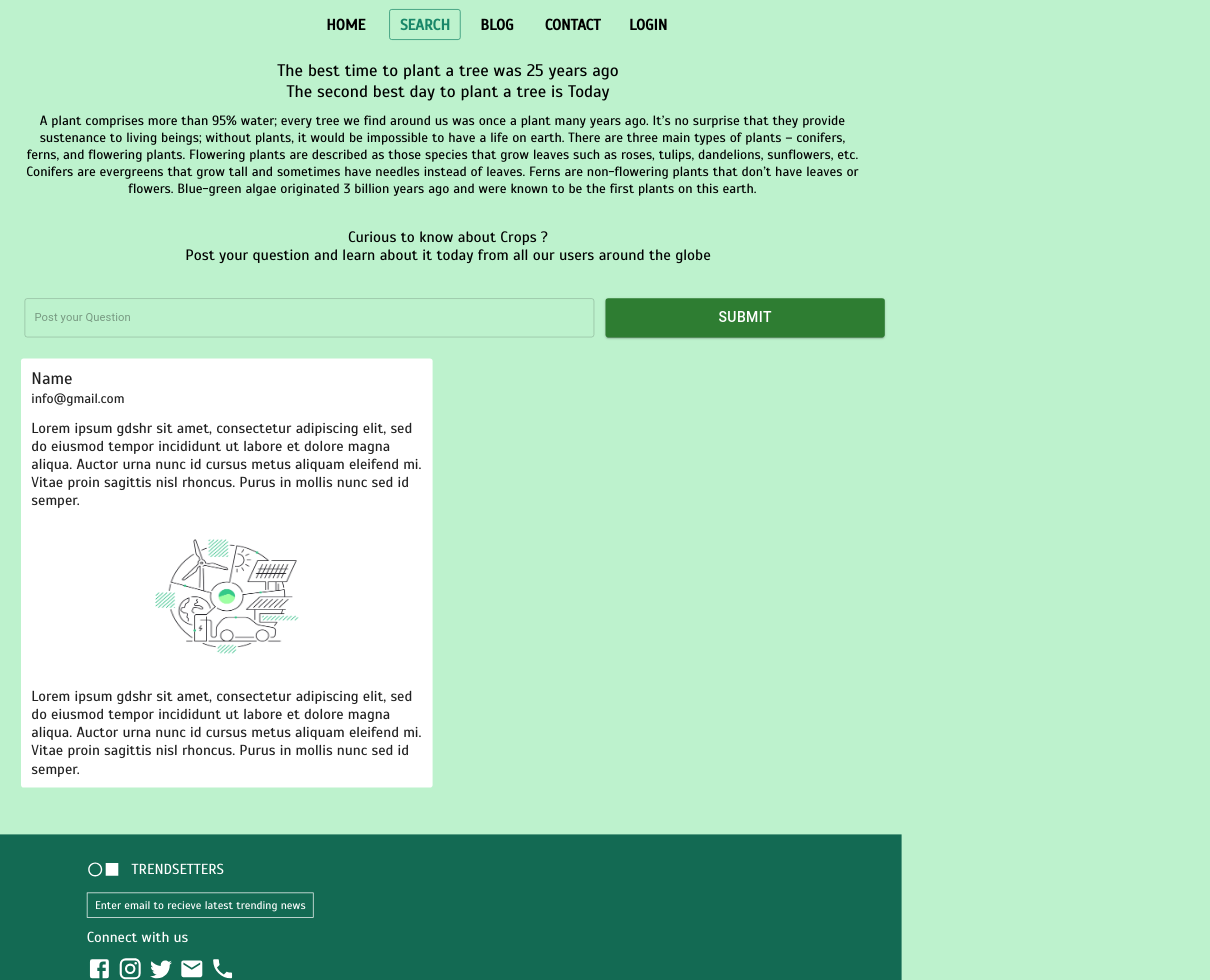
Repository: PRACHIP09/TRINIT_PICO-ZEN_DEV03
Page: /search
The author's editor kept a copy of each file at every save. The page is drawn from the files as they stood at one save, then again after the next save.
The browser window is 1280 px wide. The page is 1728 px wide, so the pictures cover 1728 px, including what lies to the right of the window. The pictures show the part of the page from y = 0 to 1400 px (the page is 1768 px tall before and 1969 px after), at 70% of full size.
Some web fonts or font styles are not loaded; a fallback is used. The project was rebuilt for these pictures with package versions that can differ from the ones it lists, and the page was loaded fresh each time. Some packages were replaced by stand-ins written for this rebuild. Also part of the build but not shown: src/App.css, src/Pages/Login.jsx, src/Pages/HomePage.jsx, src/Pages/Signup.jsx, src/Pages/Contact.jsx, src/Components/ChatBot/Chatbot.jsx, src/Components/ChatBot/Footer.jsx, src/Components/Farmernavbar/Mobilenavbar.jsx and 29 more.

Above is the page before, as saved 2023-02-11 21:55:45.

### src/index.css
@import url('https://fonts.googleapis.com/css2?family=Sacramento&family=Source+Serif+4:ital,opsz,wght@0,8..60,400;0,8..60,600;1,8..60,400;1,8..60,500;1,8..60,700&family=Tangerine:wght@700&display=swap');
body {
  margin: 0;
  font-family: -apple-system, BlinkMacSystemFont, 'Segoe UI', 'Roboto', 'Oxygen',
    'Ubuntu', 'Cantarell', 'Fira Sans', 'Droid Sans', 'Helvetica Neue',
    sans-serif;
  -webkit-font-smoothing: antialiased;
  -moz-osx-font-smoothing: grayscale;
  text-align: center;
  background-color: #BDF2CD;
}

code {
  font-family: source-code-pro, Menlo, Monaco, Consolas, 'Courier New',
    monospace;
}

.top-marg{
  margin-top: 18rem;
}
.top-marg-signup{
  margin-top: 15rem;
}
.hide-feature{
  display: none;
}
@media screen and (max-width: 900px) {
  .top-marg, .top-marg-signup{
    margin-top: 4rem;
  }
}

### src/Components/ChatBot/Navbar.jsx
import React, { useState } from 'react'
import './Navbar.css';
import { Grid, Drawer } from '@mui/material';
import { NavLink } from 'react-router-dom';
import SmartToyIcon from '@mui/icons-material/SmartToy';
import Modal from "react-modal";
import SimpleForm from './Chatbot';
import ArrowForwardIosIcon from '@mui/icons-material/ArrowForwardIos';
import ArrowBackIosIcon from '@mui/icons-material/ArrowBackIos';
import Mobilenavbar from './Mobilenavbar';

const Navbar = () => {

  const [ModalOpen, setModalOpen] = useState(false);
  const [open, setOpen] = React.useState(false);
  const handleDrawerOpen = () => {
    setOpen(true);
  };
  const handleDrawerClose = () => {
    setOpen(false);
  };
  return (
    <div>
      <Grid container spacing={2} sx={{ padding: "3vh 0vh", textAlign: "center" }}>
        <Grid item xs={12} className="webnavbar">
          <Grid container spacing={2}
            sx={{ fontSize: "1.35rem", textDecoration: "none", textAlign: "center", marginLeft:"60vh"}}>
            <Grid item xs={1}>
              <NavLink exact activeClassName="active" to='/' className="indicator">HOME</NavLink>
            </Grid>
            <Grid item xs={1}>
              <NavLink activeClassName="active" to='/search' className="indicator">SEARCH</NavLink>
            </Grid>
            <Grid item xs={1}>
              <NavLink activeClassName="active" to='/blog' className="indicator">BLOG</NavLink>
            </Grid>
            <Grid item xs={1}>
              <NavLink activeClassName="active" to='/contactus' className="indicator">CONTACT</NavLink>
            </Grid>
            <Grid item xs={1}>
              <NavLink activeClassName="active" to='/login' className="indicator">LOGIN</NavLink>
            </Grid>
          </Grid>
        </Grid>
        <Grid item xs={8}
          style={{ textAlign: "right" }}
          className="mobilenavbar">
          <ArrowBackIosIcon style={{ width: "2rem", height: "2rem", cursor: "pointer" }}
            onClick={handleDrawerOpen} />
        </Grid>
      </Grid>
      <Drawer
        sx={{
          width: 500,
          flexShrink: 0,
          '& .MuiDrawer-paper': {
            width: 350,
            paddingRight: "2rem",
            boxShadow: "none",
            border: "none",
            boxSizing: 'border-box',
            backgroundColor: "#BDF2CD"
          },

        }}
        variant="persistent"
        anchor="right"
        open={open}
      >
        <ArrowForwardIosIcon onClick={handleDrawerClose}
          style={{ height: "2rem", width: "2rem", cursor: "pointer", marginLeft: "90%", marginTop: "2.5vh" }} />
        <Mobilenavbar />
      </Drawer>
    </div>
  )
}

export default Navbar

### src/Pages/Search.jsx
import { Grid, TextField, Button, Card } from '@mui/material'
import React, { useState } from 'react'
import { useFormik } from "formik";
import * as yup from 'yup';
import image from '../Images/login.webp'
const validationSchema = yup.object({
    question: yup
        .string('Enter your Question')
        .required('Question is required'),
    answer: yup
        .string('Enter your Answer')
        .required('Answer is required'),
    image: yup
        .string('Enter an Image')
        .required('Image is required'),
    email: yup
        .string('Enter your email')
        .email('Enter a valid email')
        .required('Email is required'),
});

const Search = () => {
    const formik = useFormik({
        initialValues: {
            question: '',
            image: '',
            email: '',
        },
        validationSchema: validationSchema,
        onSubmit: (values) => {
            console.log(values);
        },
    });

    return (
        <div>
            <Grid container spacing={2} padding={2}>
                <Grid item xs={12} style={{ fontSize: "1.5rem" }}>
                    The best time to plant a tree was 25 years ago <br />
                    The second best day to plant a tree is Today
                </Grid>
                <Grid item xs={12} style={{fontSize:"1.2rem", padding:"2vh 5vh"}}>
                    A plant comprises more than 95% water; every tree we find around us was once a plant many years ago. It’s no surprise that they provide sustenance to living beings; without plants, it would be impossible to have a life on earth. There are three main types of plants – conifers, ferns, and flowering plants. Flowering plants are described as those species that grow leaves such as roses, tulips, dandelions, sunflowers, etc. Conifers are evergreens that grow tall and sometimes have needles instead of leaves. Ferns are non-flowering plants that don’t have leaves or flowers. Blue-green algae originated 3 billion years ago and were known to be the first plants on this earth.
                </Grid>
                <Grid item xs={12} style={{ fontSize: "3vh", textAlign: "center", marginTop: "1.75vh" }}>
                    Curious to know about Crops ? <br />Post your question and learn about it today from all our users around the globe
                </Grid>
                <Grid item xs={12}>
                    <div>
                        <form onSubmit={formik.handleSubmit} style={{ marginLeft: "1.2rem" }}>
                            <Grid container spacing={2} marginTop={2}>
                                <Grid item xs={8}>
                                    <TextField
                                        id="question"
                                        name="question"
                                        color='success'
                                        placeholder='Post your Question'
                                        value={formik.values.question}
                                        onChange={formik.handleChange}
                                        error={formik.touched.question && Boolean(formik.errors.question)}
                                        helperText={formik.touched.question && formik.errors.question}
                                        fullWidth
                                    />
                                </Grid>
                                <Grid item xs={4}>
                                    <Button color="success" variant="contained" type="submit"
                                        sx={{ width: "100%", fontSize: "1.25rem", height: "3.5rem" }}>
                                        Submit
                                    </Button>
                                </Grid>
                            </Grid>
                        </form>
                    </div>
                </Grid>
                <Grid item xs={12} md={6} sm={6} >
                    <Card style={{ margin: "2vh", boxShadow: "none", padding: "2vh" }}>
                        <Grid container spacing={2}>
                            <Grid item xs={6} style={{ fontSize: "1.5rem", textAlign: "left" }}>
                                Name
                            </Grid>
                            <Grid item xs={12} style={{ fontSize: "1.2rem", textAlign: "left", marginTop: "-2vh" }}>
                                info@gmail.com
                            </Grid>
                            <Grid item xs={12} style={{ fontSize: "1.3rem", textAlign: "left" }}>
                                Lorem ipsum gdshr sit amet, consectetur adipiscing elit, sed do eiusmod tempor incididunt ut labore et dolore magna aliqua. Auctor urna nunc id cursus metus aliquam eleifend mi.
                                Vitae proin sagittis nisl rhoncus. Purus in mollis nunc sed id semper.
                            </Grid>
                            <Grid item xs={12}>
                                <img src={image} style={{ height: "30vh", width: "45vh" }} />
                            </Grid>
                            <Grid item xs={12} style={{ fontSize: "1.3rem", textAlign: "left" }}>
                                Lorem ipsum gdshr sit amet, consectetur adipiscing elit, sed do eiusmod tempor incididunt ut labore et dolore magna aliqua. Auctor urna nunc id cursus metus aliquam eleifend mi.
                                Vitae proin sagittis nisl rhoncus. Purus in mollis nunc sed id semper.
                            </Grid>
                        </Grid>
                    </Card>
                </Grid>
            </Grid>
        </div>
    )
}

export default Search

### src/Components/ChatBot/Navbar.css
@import url('https://fonts.googleapis.com/css2?family=Barrio&family=Cinzel+Decorative&family=La+Belle+Aurore&family=Lavishly+Yours&family=Libre+Barcode+128+Text&family=Libre+Barcode+39&family=Libre+Barcode+39+Text&family=Marck+Script&family=Monoton&family=Ms+Madi&family=Oranienbaum&family=Scada&family=Zilla+Slab+Highlight&display=swap');

body {
  font-family: 'Scada', sans-serif;
}

.active {
  text-decoration: none;
  color: #198769 !important;
  padding:1vh 2vh;
  border: 1px solid #198769;
  border-radius: 0.5vh;
}

.indicator {
  text-decoration: none;
  color: black;
  font-weight: 600;
}

.mobilehead {
  font-family: 'Ms Madi', cursive;
  font-weight: 600;

}

.fashionhead {
  font-family: 'Libre Barcode 128 Text', cursive;
}

.elchead {
  font-family: 'Cinzel Decorative', cursive;
}

.btn {
  font-family: 'Scada', sans-serif;
}

.btnstyle {
  font-family: 'La Belle Aurore', cursive;
}

.cards :hover {
  background-color: #7e3535;
  border: 3px solid #f8f8f8;
}

button {
  cursor: pointer;
  font: inherit;
  margin: 0;
  padding: 0;
}

.button {
  background-color: #404663;
  color: #fff;
  border: 0;
  font-size: 2rem;
  font-weight: 400;
  padding: 0.5em 1.25em;
  border-radius: 0.5em;
  z-index: 999;
  position: relative;
  display: flex;
  gap: 0.5em;
  box-shadow:
    0px 1.7px 2.2px rgba(0, 0, 0, 0.02),
    0px 4px 5.3px rgba(0, 0, 0, 0.028),
    0px 7.5px 10px rgba(0, 0, 0, 0.035),
    0px 13.4px 17.9px rgba(0, 0, 0, 0.042),
    0px 25.1px 33.4px rgba(0, 0, 0, 0.05),
    0px 60px 80px rgba(0, 0, 0, 0.07);
}

.button:active {
  transform: scale(1.01);
}

.navbarfix {
  top: 0;
  background-color: #7e3535;
  position: -webkit-sticky;
  position: sticky;
  display: block;

}

.fashioninner {
  text-decoration: none;
  color: "black";
  font-family: 'Libre Barcode 128 Text', cursive;
  font-size: 4rem;
}

.mobileinner {
  text-decoration: none;
  color: "black";
  font-family: 'Ms Madi', cursive;
  font-weight: 600;
  font-size: 3.2rem;

}

.travelinner {
  text-decoration: none;
  color: "black";
  font-family: 'Ms Madi', cursive;
  font-weight: 600;
  font-size: 3.2rem;
}

.electronicsinner {
  text-decoration: none;
  color: "black";
  font-family: 'Cinzel Decorative', cursive;
  font-size: 1.8rem;
  margin-top: 5vh;
  font-weight: 600;
}

.electricalinner {
  text-decoration: none;
  color: "black";
  font-family: 'Cinzel Decorative', cursive;
  font-size: 1.8rem;
  font-weight: 600;
}

.homeinner {
  text-decoration: none;
  color: "black";
  font-family: 'La Belle Aurore', cursive;
  font-weight: 600;
  font-size: 2.2rem;
}

.groceryinner {
  text-decoration: none;
  color: "black";
  font-size: 2.5rem;
  font-weight: 600;
  letter-spacing: 2px;
}



@media screen and (min-width: 900px) {
  .mobilenavbar {
    display: none;
  }
}

@media screen and (max-width: 900px) {
  .webnavbar {
    display: none;
  }
}

### src/Components/ChatBot/Mobilenavbar.jsx
import React, { useState } from 'react'
import './Navbar.css';
import { Grid } from '@mui/material';
import { NavLink } from 'react-router-dom';
const Mobilenavbar = () => {
    return (
        <div>
            <Grid container spacing={2}
                sx={{ fontSize: "1.35rem", textDecoration: "none" }}>
                <Grid item xs={12}>
                    <NavLink exact activeClassName="active" to='/' className="indicator">HOME</NavLink>
                </Grid>
                <Grid item xs={12}>
                    <NavLink activeClassName="active" to='/trends' className="indicator">TRENDS</NavLink>
                </Grid>
                <Grid item xs={12}>
                    <NavLink activeClassName="active" to='/blog' className="indicator">BLOG</NavLink>
                </Grid>
                <Grid item xs={12}>
                    <NavLink activeClassName="active" to='/contactus' className="indicator">CONTACT US</NavLink>
                </Grid>
                <Grid item xs={2}>
              <NavLink activeClassName="active" to='/login' className="indicator">LOGIN/SIGNUP</NavLink>
            </Grid>
            </Grid>
        </div>
    )
}

export default Mobilenavbar

### src/Components/Enthusiastsnavbar/Navbar.css
@import url('https://fonts.googleapis.com/css2?family=Barrio&family=Cinzel+Decorative&family=La+Belle+Aurore&family=Lavishly+Yours&family=Libre+Barcode+128+Text&family=Libre+Barcode+39&family=Libre+Barcode+39+Text&family=Marck+Script&family=Monoton&family=Ms+Madi&family=Oranienbaum&family=Scada&family=Zilla+Slab+Highlight&display=swap');
body{
    font-family: 'Scada', sans-serif;
}
.active{
    text-decoration: none;
    color:#198769 !important;

}
.indicator
{
    text-decoration: none;
    color: black;
    font-weight: 600;
}
.mobilehead
{
    font-family: 'Ms Madi', cursive;
    font-weight: 600;

}
.fashionhead
{
    font-family: 'Libre Barcode 128 Text', cursive;
}
.elchead{
    font-family: 'Cinzel Decorative', cursive;
}
.btn
{
    font-family: 'Scada', sans-serif;
}
.btnstyle
{
    font-family: 'La Belle Aurore', cursive;
}
.cards :hover
{
    background-color: #7e3535;
    border:3px solid #f8f8f8;
}

button {
    cursor: pointer;
    font: inherit;
    margin: 0;
    padding: 0;
  }

  .button {
    background-color: #404663;
    color: #fff;
    border: 0;
    font-size: 2rem;
    font-weight: 400;
    padding: 0.5em 1.25em;
    border-radius: 0.5em;
    z-index: 999;
    position: relative;
    display: flex;
    gap: 0.5em;
    box-shadow:
      0px 1.7px 2.2px rgba(0, 0, 0, 0.02),
      0px 4px 5.3px rgba(0, 0, 0, 0.028),
      0px 7.5px 10px rgba(0, 0, 0, 0.035),
      0px 13.4px 17.9px rgba(0, 0, 0, 0.042),
      0px 25.1px 33.4px rgba(0, 0, 0, 0.05),
      0px 60px 80px rgba(0, 0, 0, 0.07);
  }

  .button:active {
    transform: scale(1.01);
  }
  .navbarfix{
    top:0;
    background-color: #7e3535;
    position: -webkit-sticky;
    position: sticky;
    display: block;

  }
  .fashioninner{
    text-decoration: none;
    color:"black";
    font-family: 'Libre Barcode 128 Text', cursive;
    font-size: 4rem;
  }
  .mobileinner{
    text-decoration: none;
    color:"black";
    font-family: 'Ms Madi', cursive;
    font-weight: 600;
    font-size: 3.2rem;

  }
  .travelinner{
    text-decoration: none;
    color:"black";
    font-family: 'Ms Madi', cursive;
    font-weight: 600;
    font-size: 3.2rem;
  }
  .electronicsinner{
    text-decoration: none;
    color:"black";
    font-family: 'Cinzel Decorative', cursive;
    font-size: 1.8rem;
    margin-top:5vh;
    font-weight: 600;
  }
  .electricalinner{
    text-decoration: none;
    color:"black";
    font-family: 'Cinzel Decorative', cursive;
    font-size: 1.8rem;
    font-weight: 600;
  }
  .homeinner{
    text-decoration: none;
    color:"black";
    font-family: 'La Belle Aurore', cursive;
    font-weight: 600;
    font-size: 2.2rem;
  }
  .groceryinner{
    text-decoration: none;
    color:"black";
    font-size: 2.5rem;
    font-weight: 600;
    letter-spacing: 2px;
  }



@media screen and (min-width: 900px) {
  .mobilenavbar{
      display:none;
  }
}
@media screen and (max-width: 900px) {
  .webnavbar{
      display:none;
  }
}

### src/Components/Government.jsx/Navbar.css
@import url('https://fonts.googleapis.com/css2?family=Barrio&family=Cinzel+Decorative&family=La+Belle+Aurore&family=Lavishly+Yours&family=Libre+Barcode+128+Text&family=Libre+Barcode+39&family=Libre+Barcode+39+Text&family=Marck+Script&family=Monoton&family=Ms+Madi&family=Oranienbaum&family=Scada&family=Zilla+Slab+Highlight&display=swap');
body{
    font-family: 'Scada', sans-serif;
}
.active{
    text-decoration: none;
    color:#198769 !important;

}
.indicator
{
    text-decoration: none;
    color: black;
    font-weight: 600;
}
.mobilehead
{
    font-family: 'Ms Madi', cursive;
    font-weight: 600;

}
.fashionhead
{
    font-family: 'Libre Barcode 128 Text', cursive;
}
.elchead{
    font-family: 'Cinzel Decorative', cursive;
}
.btn
{
    font-family: 'Scada', sans-serif;
}
.btnstyle
{
    font-family: 'La Belle Aurore', cursive;
}
.cards :hover
{
    background-color: #7e3535;
    border:3px solid #f8f8f8;
}

button {
    cursor: pointer;
    font: inherit;
    margin: 0;
    padding: 0;
  }

  .button {
    background-color: #404663;
    color: #fff;
    border: 0;
    font-size: 2rem;
    font-weight: 400;
    padding: 0.5em 1.25em;
    border-radius: 0.5em;
    z-index: 999;
    position: relative;
    display: flex;
    gap: 0.5em;
    box-shadow:
      0px 1.7px 2.2px rgba(0, 0, 0, 0.02),
      0px 4px 5.3px rgba(0, 0, 0, 0.028),
      0px 7.5px 10px rgba(0, 0, 0, 0.035),
      0px 13.4px 17.9px rgba(0, 0, 0, 0.042),
      0px 25.1px 33.4px rgba(0, 0, 0, 0.05),
      0px 60px 80px rgba(0, 0, 0, 0.07);
  }

  .button:active {
    transform: scale(1.01);
  }
  .navbarfix{
    top:0;
    background-color: #7e3535;
    position: -webkit-sticky;
    position: sticky;
    display: block;

  }
  .fashioninner{
    text-decoration: none;
    color:"black";
    font-family: 'Libre Barcode 128 Text', cursive;
    font-size: 4rem;
  }
  .mobileinner{
    text-decoration: none;
    color:"black";
    font-family: 'Ms Madi', cursive;
    font-weight: 600;
    font-size: 3.2rem;

  }
  .travelinner{
    text-decoration: none;
    color:"black";
    font-family: 'Ms Madi', cursive;
    font-weight: 600;
    font-size: 3.2rem;
  }
  .electronicsinner{
    text-decoration: none;
    color:"black";
    font-family: 'Cinzel Decorative', cursive;
    font-size: 1.8rem;
    margin-top:5vh;
    font-weight: 600;
  }
  .electricalinner{
    text-decoration: none;
    color:"black";
    font-family: 'Cinzel Decorative', cursive;
    font-size: 1.8rem;
    font-weight: 600;
  }
  .homeinner{
    text-decoration: none;
    color:"black";
    font-family: 'La Belle Aurore', cursive;
    font-weight: 600;
    font-size: 2.2rem;
  }
  .groceryinner{
    text-decoration: none;
    color:"black";
    font-size: 2.5rem;
    font-weight: 600;
    letter-spacing: 2px;
  }



@media screen and (min-width: 900px) {
  .mobilenavbar{
      display:none;
  }
}
@media screen and (max-width: 900px) {
  .webnavbar{
      display:none;
  }
}

Loaded but not shown: public/index.html (common file); src/reportWebVitals.js (common file); src/App.js (64 lines, source omitted); src/index.js (17 lines, source omitted); src/Components/Farmernavbar/StickyFooter.jsx (181 lines, source omitted); src/Components/Farmernavbar/Navbar.css (144 lines, source omitted)

After the next save:
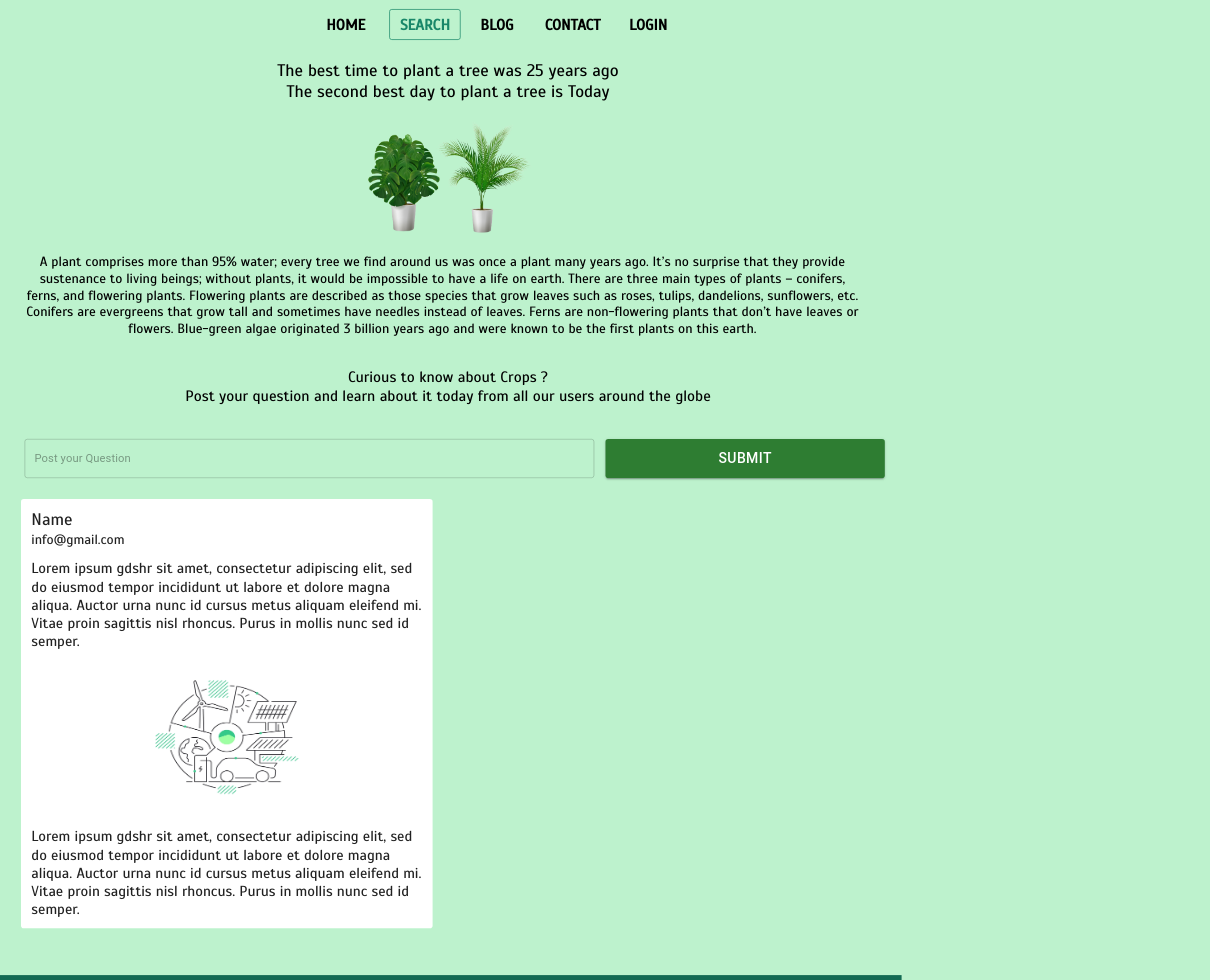
Saved 19 min 5 s later.
--- a/src/Pages/Search.jsx
+++ b/src/Pages/Search.jsx
@@ -3,6 +3,7 @@ import React, { useState } from 'react'
 import { useFormik } from "formik";
 import * as yup from 'yup';
 import image from '../Images/login.webp'
+import image1 from '../Images/plantimage.png'
 const validationSchema = yup.object({
     question: yup
         .string('Enter your Question')
@@ -39,6 +40,9 @@ const Search = () => {
                     The best time to plant a tree was 25 years ago <br />
                     The second best day to plant a tree is Today
                 </Grid>
+                <Grid item xs={12}>
+          <img src={image1} style={{width:"35vh" , height:"25vh"}} />
+        </Grid>
                 <Grid item xs={12} style={{fontSize:"1.2rem", padding:"2vh 5vh"}}>
                     A plant comprises more than 95% water; every tree we find around us was once a plant many years ago. It’s no surprise that they provide sustenance to living beings; without plants, it would be impossible to have a life on earth. There are three main types of plants – conifers, ferns, and flowering plants. Flowering plants are described as those species that grow leaves such as roses, tulips, dandelions, sunflowers, etc. Conifers are evergreens that grow tall and sometimes have needles instead of leaves. Ferns are non-flowering plants that don’t have leaves or flowers. Blue-green algae originated 3 billion years ago and were known to be the first plants on this earth.
                 </Grid>
